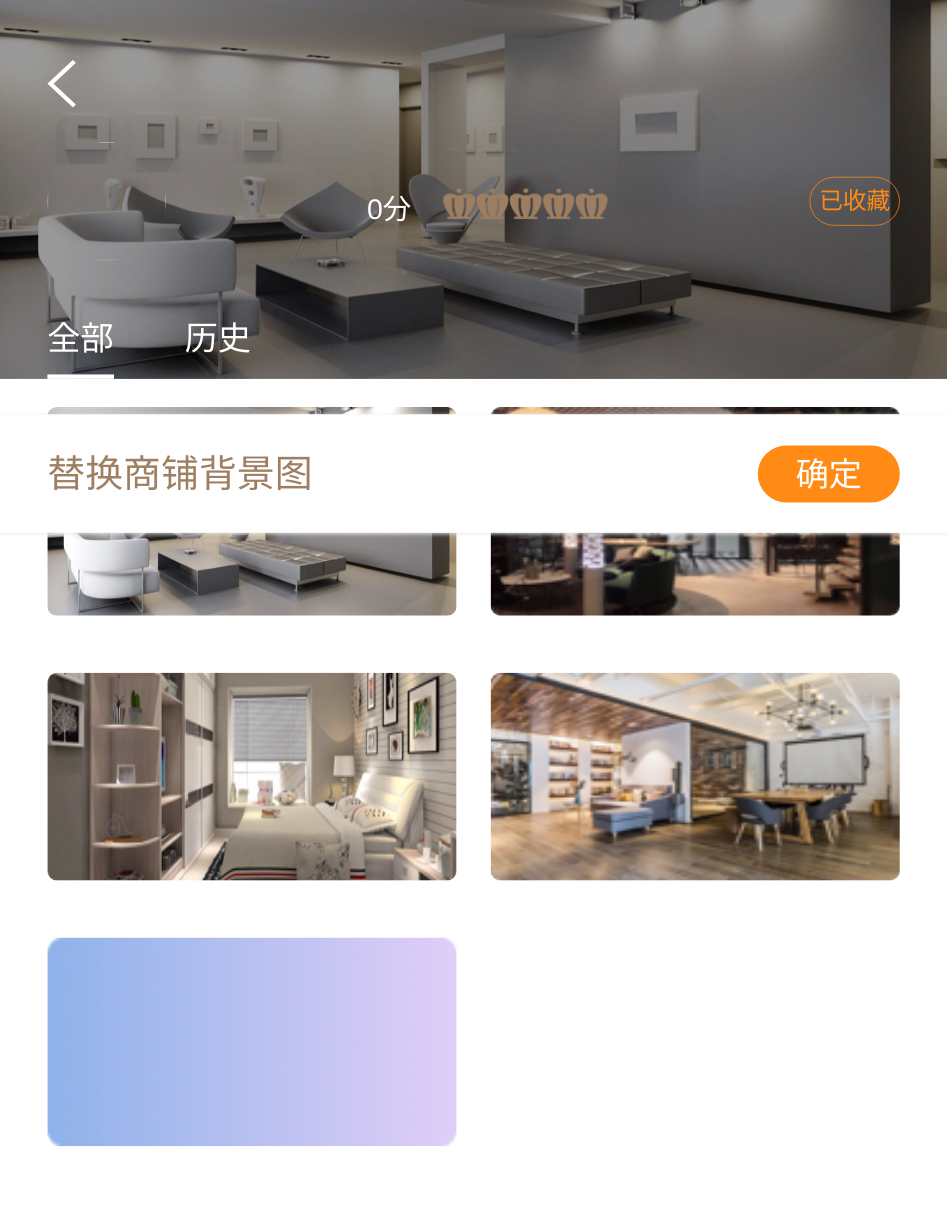
Repository: missing-star/rockBridge
Page: shop-set-bg.html
These files come from the project's save history. The page is drawn as it stood at one moment and after the next save; the edit follows.
The browser window is 1280 px wide. The pictures show the whole page, at 74% of full size.

Above is the page before, as saved 2019-05-17 09:52:03.

After the next save:
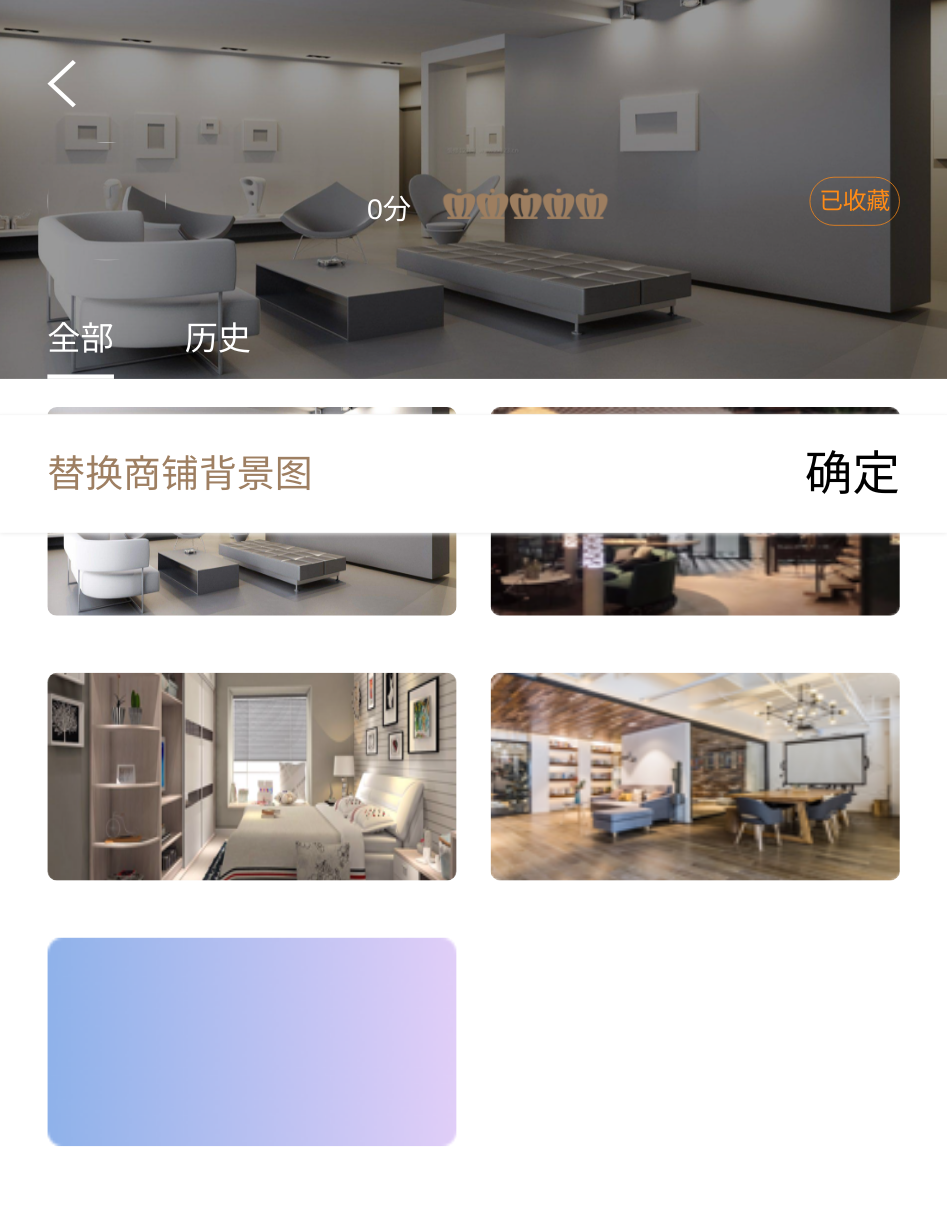
Saved 83 s later.
--- a/shop-set-bg.html
+++ b/shop-set-bg.html
@@ -68,7 +68,7 @@
             <p class="phone-number-wrapper">
                 <span class="phone-number">替换商铺背景图</span>
             </p>
-            <a href="javascript:;" @click="changeBg" class="contact-business-btn">确定</a>
+            <span @click="changeBg" class="contact-business-btn">确定</span>
         </div>
     </div>
     <script src="assets/vue/vue.min.js?v=1.2.6"></script>

After the save that followed:
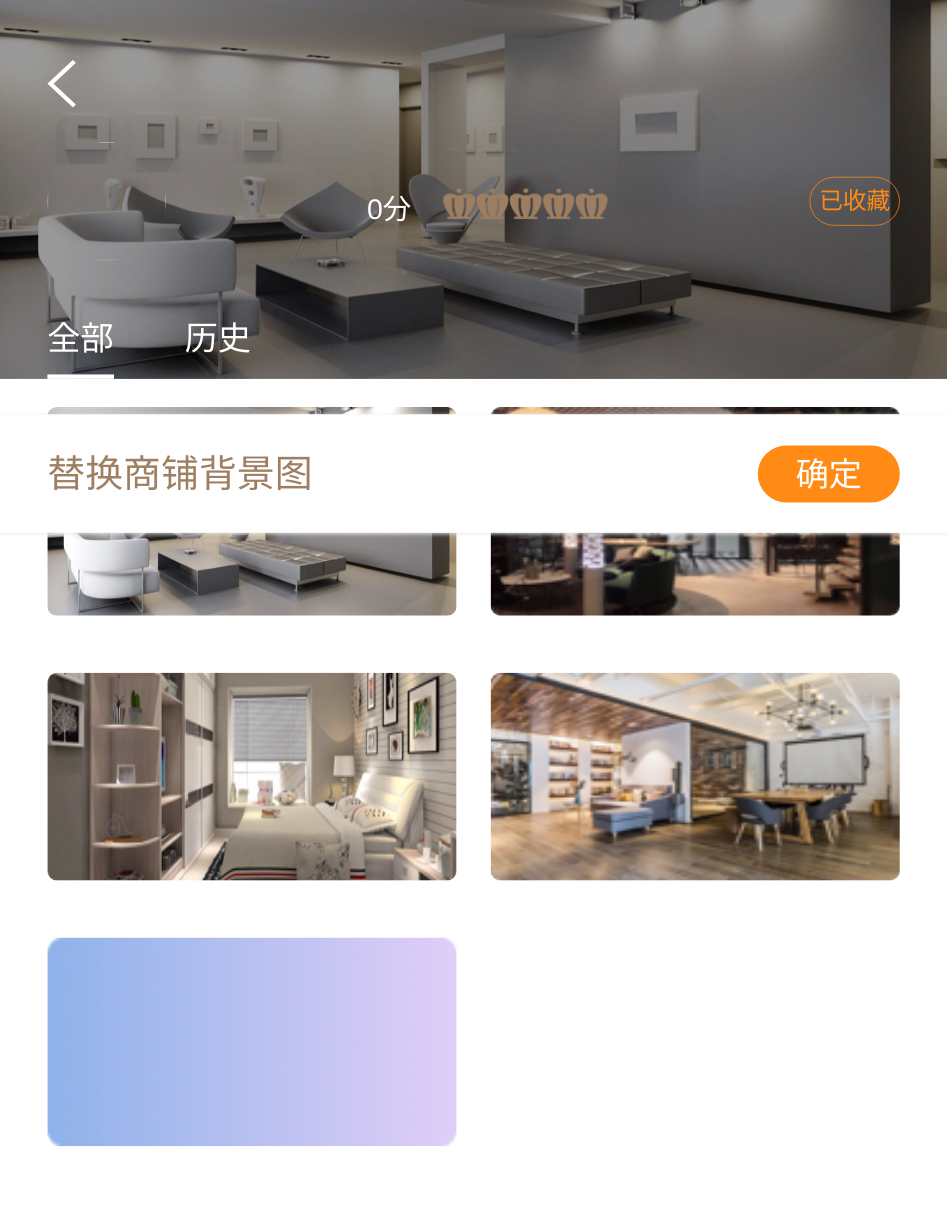
Saved 19 s later.
--- a/css/common.css
+++ b/css/common.css
@@ -262,7 +262,7 @@ span.phone-number {
     color: #9e7f62;
     font-size: 0.8rem;
 }
-a.contact-business-btn {
+a.contact-business-btn,span.contact-business-btn {
     background: #ff8a16;
     color: #fff;
     font-size: 0.7rem;
